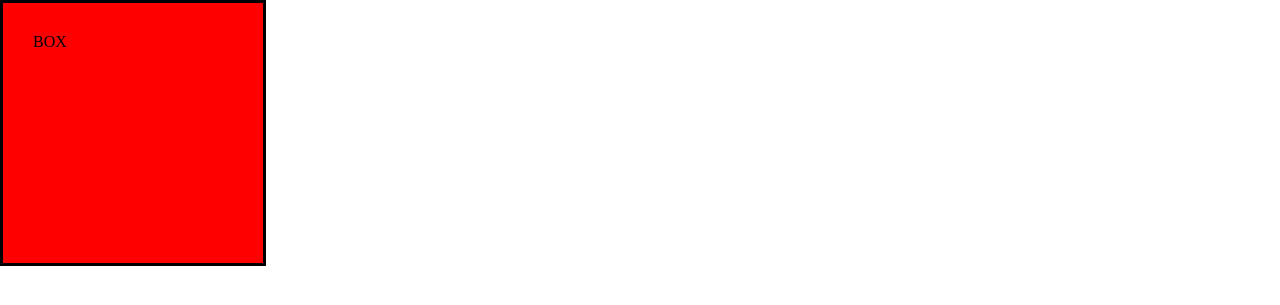
Repository: yamadan96/WEB-CAMP
Page: practice/index.html
These files come from the project's save history. The page is drawn as it stood at one moment and after the next save; the edit follows.
The browser window is 1280 px wide. The pictures show the whole page.

Above is the page before, as saved 2022-04-06 04:40:37.

### practice/index.html
<!DOCTYPE html>
<html lang="ja">

<head>
  <meta charset="UTF-8" />
  <link rel="stylesheet" href="css/style.css" />
  <title>練習</title>
</head>

<body>
  <div class="box">
    <p class="box-txt">BOX</p>
  </div>
</body>

</html>

### practice/css/style.css
* {
    margin: 0;
    padding: 0;
  }

  .box {
    background-color: red;
    width: 200px;
    height: 200px;
    border: 3px solid #000;
    padding: 30px;
  }

After the next save:
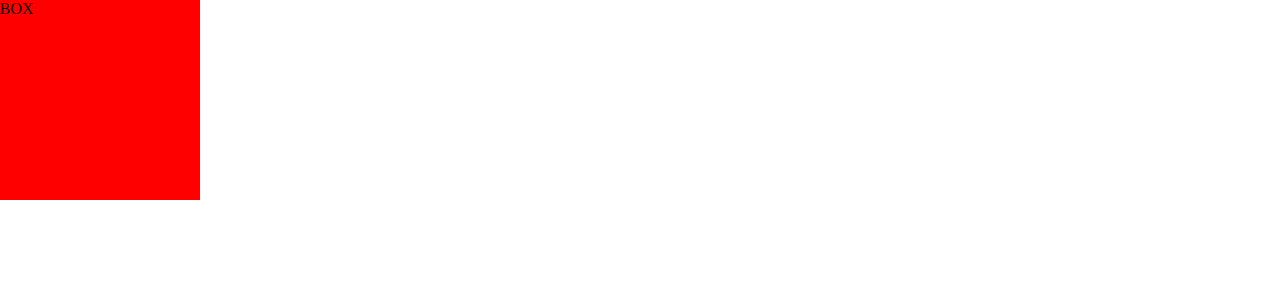
Saved 26 s later.
--- a/practice/css/style.css
+++ b/practice/css/style.css
@@ -8,5 +8,5 @@
     width: 200px;
     height: 200px;
     border: 3px solid #000;
-    padding: 30px;
+    border: 30px;
   }

After the 2 saves that followed:
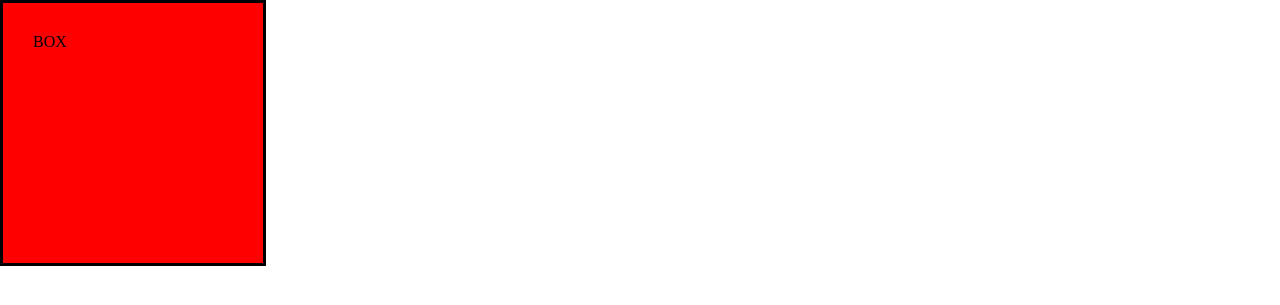
The 2 saves are shown as one change because they came seconds apart.
The last was saved 7 s later.
--- a/practice/css/style.css
+++ b/practice/css/style.css
@@ -8,5 +8,5 @@
     width: 200px;
     height: 200px;
     border: 3px solid #000;
-    border: 30px;
+    padding: 30px;
   }
